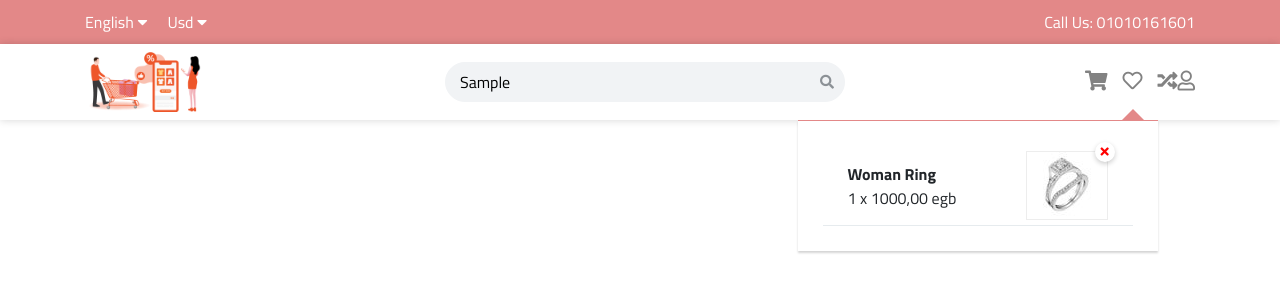
Repository: amrh20/ecommerce-temp
Page: src/index.html
An editor plug-in stored every save of this project. The page is shown before and after the next save, followed by the edit.
The browser window is 1280 px wide. The pictures show the whole page.
Empty fields were first filled with sample values (such as "Sample", 5 or name@example.com).
After loading, the first visible `div.wishlist-view` was clicked once.
The style sheet was rebuilt from its Sass, Less or Tailwind sources for each picture, by a compiler version that may differ from the author's.

Above is the page before, as saved 2020-01-19 11:56:15.

### src/index.html
<!DOCTYPE html>
<html lang="en" dir="ltr">

<head>
  <!-- Mobile specific metas===========================-->
  <meta charset="UTF-8">
  <meta name="viewport" content="width=device-width, initial-scale=1.0">
  <meta http-equiv="X-UA-Compatible" content="ie=edge">
  <!-- Basic page needs===========================-->
  <title>template</title>
  <!-- Favicon===========================-->
  <!-- <link rel="shortcut icon" type="image/x-icon" href="./images/fave-icon.png"> -->
  <!-- Css Base And Vendor ===========================-->
  <link rel="stylesheet" href="./vendors/bootstrap-4/css/bootstrap.min.css">
  <link rel="stylesheet" href="./vendors/fontawesome5.2/css/all.min.css">
  <link rel="stylesheet" href="./vendors/slickslider/slick.css">
  <!-- Site Style===========================-->
  <link rel="stylesheet" href="./styles/main.css">
  <!--[if lt IE 9]>
            <script src="https://oss.maxcdn.com/html5shiv/3.7.2/html5shiv.min.js"></script>
            <script src="https://oss.maxcdn.com/respond/1.4.2/respond.min.js"></script>
        <![endif]-->
</head>

<body>
  <div class="wrapper">
    <div class="body_overlay">
    <!-- start header -->
    <header>
      <div class="header">
        <!-- start top header -->
        <div class="top_header">
          <div class="container">
           <div class="top-header_content">
             <!-- dropdowns -->
            <div class="top_header-dropdowns">
              <!-- start language dropdown -->
              <div class="langauge-dropdown">
                <div class="top_header-dropdown-head">
                  <span>english</span>
                  <i class="fas fa-caret-down"></i>
                  <div class="top_header-dropdown-content">
                    <ul>
                      <li>english</li>
                      <li>french</li>
                    </ul>
                  </div>
                </div>

              </div><!-- end language dropdown -->

              <!-- start currency dropdown -->
              <div class="currency-dropdown">
                <div class="top_header-dropdown-head">
                  <span>usd</span>
                  <i class="fas fa-caret-down"></i>
                  <div class="top_header-dropdown-content">
                    <ul>
                      <li>egb</li>
                      <li>usd</li>
                    </ul>
                  </div>
                </div>

              </div><!-- end currency dropdown -->
            </div>
            <!-- contact -->
            <div class="top_header-contact">
              <p>Call Us: 01010161601</p>
            </div>

           </div>


          </div>
        </div><!-- end top header -->
        <!-- start middle haeder -->
        <div class="mid_header">
          <div class="container">
            <div class="mid_header-content">
              <!-- logo -->
              <div class="logo">
                <img src="./images/logo.png" alt="logo">
              </div>
              <!-- search -->
              <div class="search">
                <input type="text" placeholder="search">
                <i class="fas fa-search"></i>
              </div>
              <!-- icons -->
              <div class="icons">
                <div class="shopping-cart">
                  <div class="icon_head">
                    <i class="fas fa-shopping-cart"></i>
                  </div>

                  <div class="shopping-cart_content custom_content">
                    <div class="shopping-cart_details custom_details">
                      <div class="shopping-cart_row custom_row">
                        <div class="product_img">
                          <img src="./images/product-cart.png" alt="">
                        </div>
                        <div class="product_details">
                          <p class="product_name">Marvelous Modern 3 Seater</p>
                          <p class="product_price"> 599,00 <span>egb</span> </p>
                          <p>Qty: <span>1</span></p>
                        </div>
                        <div class="delete_product">
                          <i class="fa fa-times"></i>
                        </div>
                      </div>
                      <div class="shopping-cart_row custom_row">
                        <div class="product_img">
                          <img src="./images/product-cart.png" alt="">
                        </div>
                        <div class="product_details">
                          <p class="product_name">Marvelous Modern 3 Seater</p>
                          <p class="product_price"> 599,00 <span>egb</span> </p>
                          <p>Qty: <span>1</span></p>
                        </div>
                        <div class="delete_product">
                          <i class="fa fa-times"></i>
                        </div>
                      </div>
                        <div class="shopping-cart_row custom_row">
                        <div class="product_img">
                          <img src="./images/product-cart.png" alt="">
                        </div>
                        <div class="product_details">
                          <p class="product_name">Marvelous Modern 3 Seater</p>
                          <p class="product_price"> 599,00 <span>egb</span> </p>
                          <p>Qty: <span>1</span></p>
                        </div>
                        <div class="delete_product">
                          <i class="fa fa-times"></i>
                        </div>
                      </div>
                    </div>

                    <div class="custom-overlay">
                    </div>
                    <div class="total_price">
                      <span>sub total</span>
                      <span>800,00 egb</span>
                    </div>
                    <div class="cart_btns">
                      <button class="temp_button">view cart</button>
                      <button class="temp_button checkout_btn">checkout</button>
                    </div>
                  </div>

                </div>
                <div class="wishlist-view">
                  <div class="icon_head">
                    <i class="far fa-heart"></i>
                  </div>
                  <div class="wishlist-view_content custom_content">
                    <div class="wishlist-view_details custom_detaiLs">
                     <div class="wishlist-view_row custom_row">
                        <div class="product-details">
                          <p class="product_name">Woman Ring</p>
                          <p class="product_price"> <span>1</span> x 1000,00 egb</p>
                        </div>
                        <div class="product_img">
                          <img src="./images/wishlist_product.jpg" alt="wishlist_product">
                          <i class="fa fa-times"></i>
                        </div>
                     </div>
                    </div>
                    <div class="custom-overlay">
                    </div>
                  </div>

                </div>
                <div class="icon">
                  <i class="fa fa-random"></i>
                </div>
               <div class="icon">
                <i class="far fa-user"></i>
               </div>

              </div>
            </div>
          </div>
        </div>
        <!-- end middle haeder -->
      </div>
    </header><!-- end header -->
    </div>
  </div>

  </div>
  <!--Scripts Plugins========================-->
  <script src="./vendors/jquery/jquery-3.3.1.min.js"></script>
  <script src="./vendors/bootstrap-4/js/bootstrap.min.js"></script>
  <!-- Custom js ====================-->
  <script src="scripts/app.js"></script>
</body>

</html>

### src/scripts/app.js
$( document ).ready(function() {
    $(".shopping-cart").click(function(){
        $(".shopping-cart_content").toggleClass("showcontent");

    })
    $(".wishlist-view").click(function(){
        $(".wishlist-view_content").toggleClass("showcontent")
    })
});


// var allButtons = document.querySelectorAll('.icon_head');
// console.log("Found", allButtons.length, "div which class starts with “button”.");

// for (var i = 0; i < allButtons.length; i++) {
//   allButtons[i].addEventListener('click', function() {
//     $(".shopping-cart_content").toggleClass("showcontent")
//   });
// }

### src/styles/main.scss
/* imports sass files
========================*/
@import "../styles/variables.scss";
@import "../styles/buttons.scss";
@import "../styles/forms.scss";
@import "../styles/header.scss";
@import "../styles/base.scss";
@import "../styles/general.scss";

### src/styles/variables.scss
/* our sass varaibles
========================*/
$main-color :#e38888;
$second-color :#222222;
$icons-color :#828282;
$white: #fff;
$black : #000;
$top-header-hover :#e5e5e5;

### src/styles/buttons.scss
@import "../styles/variables.scss";

/* Buttons
==================================*/

### src/styles/forms.scss
@import "../styles/variables.scss";

/* forms
==============================*/
.form-control {
  height: 5rem;
  border: 2px solid transparent;
  border-radius: 1rem;
  box-shadow: 0 4px 10px -2px rgba(126, 173, 225, .5);
  font-size: 1.6rem;
  transition: all .3s ease-in-out;
  padding-left: 15px;

  &:focus {
    outline: none;
    box-shadow: 0 4px 10px -2px rgba(126, 173, 225, .5);
  }

  &::-webkit-input-placeholder {
    color: #7e7e7e;
    text-transform: capitalize;
    font-size: 1.4rem;
  }

  &.remove-default::-webkit-inner-spin-button,
  &.remove-default::-webkit-outer-spin-button,
  &.remove-default,
  &[type=date]::-webkit-inner-spin-button,
  &[type=date]::-webkit-outer-spin-button {
    -webkit-appearance: none;
    -moz-appearance: none;
    margin: 0;
  }

  &.remove-default::-webkit-inner-spin-button,
  &.remove-default::-webkit-outer-spin-button,
  &.remove-default,
  &[type=date] {
    -moz-appearance: textfield;
  }

}

textarea {
  height: auto;
  resize: none;
  width: 100%;
  border: 2px solid transparent;
  border-radius: 1rem;
  box-shadow: 0 4px 10px -2px rgba(126, 173, 225, .5);
  font-size: 1.6rem;
  transition: all .3s ease-in-out;
  padding: 15px;

  &:focus {
    outline: none;
    box-shadow: 0 4px 10px -2px rgba(126, 173, 225, .5);
  }
}

/*check-radio-item*/
.zvendo-check-item {
  margin-bottom: 1.5rem;
  text-align: start;

  &:last-of-type label {
    margin-left: 0;
  }

  input[type="radio"],
  input[type="checkbox"] {
    display: none;
  }

  input[type="radio"]+label,
  input[type="checkbox"]+label {
    position: relative;
    display: block;
    margin-bottom: 0;
    font-size: 1.42rem;
    text-transform: capitalize;
    color: #333232;
    cursor: pointer;
    padding-inline-start: 4rem;
  }

  input[type="radio"]+label::before,
  input[type="checkbox"]+label::before {
    position: absolute;
    content: "";
    font-family: 'Font Awesome 5 Free';
    font-weight: 900;
    display: flex;
    align-items: center;
    justify-content: center;
    font-size: 2rem;
    width: 3rem;
    height: 3rem;
    top: .5rem;
    left: 0;
    background-color: transparent;
    border: 2px solid $main-color;
    border-radius: .9rem;

    [dir="rtl"] & {
      left: auto;
      right: 0;
    }
  }

  input[type="radio"]:checked+label,
  input[type="checkbox"]:checked+label {
    color: $main-color;
  }

  input[type="radio"]:checked+label::before,
  input[type="checkbox"]:checked+label::before {
    font-family: "Font Awesome 5 Free";
    content: "\f00c";
    background-color: transparent;
    color: $main-color;
  }
}

### src/styles/header.scss
@import "../styles/variables.scss";

.header {
  // start top header
  .top_header {
    background-color: $main-color;
    color: $white;
    padding: 10px 0;
    .top-header_content {
      display: flex;
      justify-content: space-between;
      .top_header-dropdowns {
        display: flex;
        .langauge-dropdown,
        .currency-dropdown {
          position: relative;
          .top_header-dropdown-head {
            cursor: pointer;
            width: fit-content;
            text-transform: capitalize;
            .top_header-dropdown-content {
              background-color: $white;
              position: absolute;
              top: 52px;
              box-shadow: 0 0 8px 0 rgba(0, 0, 0, 0.17);
              color: $black;
              min-width: 80px;
              text-transform: capitalize;
              opacity: 0;
              visibility: hidden;
              transition: all 0.3s ease-in-out;
              ul {
                li {
                  padding: 10px;
                  cursor: pointer;
                  &:first-of-type {
                    padding-bottom: 0;
                  }
                  &:hover {
                    color: $main-color;
                  }
                }
              }
            }
            &:hover {
              .top_header-dropdown-content {
                opacity: 1;
                visibility: visible;
                top: 32px;
              }
            }
          }
        }
        .langauge-dropdown {
          margin-right: 20px;
        }
      }
    }
  }
  // start middle header
  .mid_header {
    box-shadow: 0 0 8px 0 rgba(0, 0, 0, 0.17);
    padding: 8px 0;
    .mid_header-content {
      display: flex;
      align-items: center;
      justify-content: space-between;
      .logo {
        img {
          max-height: 60px;
        }
      }
      // search
      .search {
        position: relative;
        input {
          border: 1px solid #f1f3f5;
          border-radius: 20px;
          background: #f1f3f5;
          min-width: 400px;
          padding: 7px 14px;
        }
        i {
          position: absolute;
          right: 11px;
          font-size: 14px;
          top: 50%;
          transform: translateY(-50%);
          color: #8c9196;
        }
      }
      // icons
      .icons {
        display: flex;

        i {
          font-size: 20px;
          color: $icons-color;
          cursor: pointer;
        }
        // shopping cart view
        .shopping-cart {
          position: relative;
          margin-right: 15px;
          .shopping-cart_row {
            .product_img {
              img {
                max-height: 100px;
              }
            }
            .product_details {
              margin: 0 15px;
              .product_name {
                font-weight: 700;
                overflow: hidden;
                text-overflow: ellipsis;
                white-space: nowrap;
                max-width: 170px;
              }
              .product_price {
                text-transform: uppercase;
                color: $main-color;
              }
            }
            .delete_product {
              i {
                color: red;
                font-size: 14px;
              }
            }
          }

          .total_price {
            display: flex;
            justify-content: space-between;
            padding: 15px 25px;
            text-transform: capitalize;
            border-top: 1px solid #eee;
            border-bottom: 1px solid #eee;
            span {
              &:first-of-type {
                color: #757575;
              }
              &:nth-of-type(2) {
                color: #010101;
                font-weight: 600;
              }
            }
          }
          .cart_btns {
            display: flex;
            justify-content: space-between;
            padding: 15px 25px;
            .checkout_btn {
                background-color: $main-color;
                color: $white;
                &:hover {
                    color: $main-color;
                    background-color: $white;
                }
            }
          }
        }

        // wishlist veiw
        .wishlist-view {
          margin-right: 15px;
          position: relative;
          .wishlist-view_content {
          padding: 25px;
          border-top: 1px solid $main-color;
          }
          .wishlist-view_row {
            justify-content: space-between;
            border-bottom: 1px solid #e6ebee;
            .product_name {
              font-weight: 800;
            }
            .product_img {
              border: 1px solid #ededed;
              position: relative;
              i {
                position: absolute;
                right: -8px;
                top: -10px;
                font-size: 12px;
                box-shadow: 0 2px 5px rgba(0,0,0,0.2);
                width: 2rem;
                height: 2rem;
                border-radius: 50%;
                background-color: #fff;
                display: flex;
                left: c;
                color: red;
                justify-content: center;
                align-items: center;
              }
            }
          }

        }
      }
    }
  }
  // custom views
  .custom-overlay {
    border-color: #e38888 transparent;
    border-style: solid;
    border-width: 0 12px 12px;
    height: 0;
    width: 0;
    top: -12px;
    right: 13px;
    position: absolute;
  }
  .custom_content {
    transition: all 0.3s ease-in-out;
    position: absolute;
    min-width: 360px;
    top: 20px;
    right: -15px;
    transition: all 0.3s ease;
    opacity: 0;
    visibility: hidden;
    box-shadow: 0 2px 2px rgba(0, 0, 0, 0.17);
    background-color: $white;
    .custom_details {
        border-top: 1px solid $main-color;
        max-height: 350px;
        overflow: auto;
    }
    &.showcontent {
      opacity: 1;
      visibility: visible;
      top: 50px;
    }
  }
  .custom_row {
    padding: 5px 25px;
    display: flex;
    align-items: center;
  }
}

### src/styles/base.scss
@import "../styles/variables.scss";

/* General elements
======================*/
*,p {
  margin: 0;
  padding: 0;
}
*,
*:focus {
  outline: none !important;
}

.highlightClass {
  color: $main-color;
}
/*import fonts
========================*/
@import url('https://fonts.googleapis.com/css?family=Ubuntu:400,700');

@font-face {
  font-family: Cairo;
  font-style: normal;
  src: local('Cairo Regular'), local('Cairo-Regular'), url("../fonts/Cairo/Cairo-Regular.ttf");
  font-display: swap;
  font-weight: 400;
}
@font-face {
  font-family: Cairo;
  font-style: normal;
  src: local('Cairo Cairo-SemiBold'), local('Cairo-Cairo-SemiBold'), url("../fonts/Cairo/Cairo-SemiBold.ttf");
  font-display: swap;
  font-weight: 600;
}
@font-face {
  font-family: Cairo;
  font-style: normal;
  src: local('Cairo Bold'), local('Cairo-Bold'), url("../fonts/Cairo/Cairo-Bold.ttf");
  font-display: swap;
  font-weight: 700;
}
/*body-layout
========================*/
html {
  font-size: 62.5%;
  overflow-x: hidden;
}
body {
  font-family: 'Cairo',  sans-serif;
  font-size: 1.6rem;

  [dir=rtl] & {
    direction: rtl;
    text-align: right;
  }
}

.wrapper {
  position: relative;
  width: 100%;
}
/* Links
==================*/
a {
  color: inherit;
  &:hover,
  &:focus {
    text-decoration: none;
    transition: all .3s ease-in-out;
    color: inherit;
  }
}
/* Images
============================*/
img {
  // display: block;
  max-width: 100%;
  height: auto;
}

// list items
ul {
  list-style: none;
  margin: 0;
}

/* inputs
============================*/

### src/styles/general.scss
@import "../styles/variables.scss";


// buttons
.temp_button {
    color: $black;
    padding: 5px 22px;
    border-radius: 18px;
    vertical-align: top;
    display: inline-block;
    background: transparent;
    border: 1px solid $main-color;
    text-transform: uppercase;
    cursor: pointer;
    transition: all .3s ease-in-out;
    &:hover {
        background-color: $main-color;
        color: $white;
    }
}

Loaded but not shown: src/vendors/bootstrap-4/css/bootstrap.min.css (library); src/vendors/fontawesome5.2/css/all.min.css (library); src/vendors/slickslider/slick.css (common file); src/vendors/jquery/jquery-3.3.1.min.js (library); src/vendors/bootstrap-4/js/bootstrap.min.js (library)

After the next save:
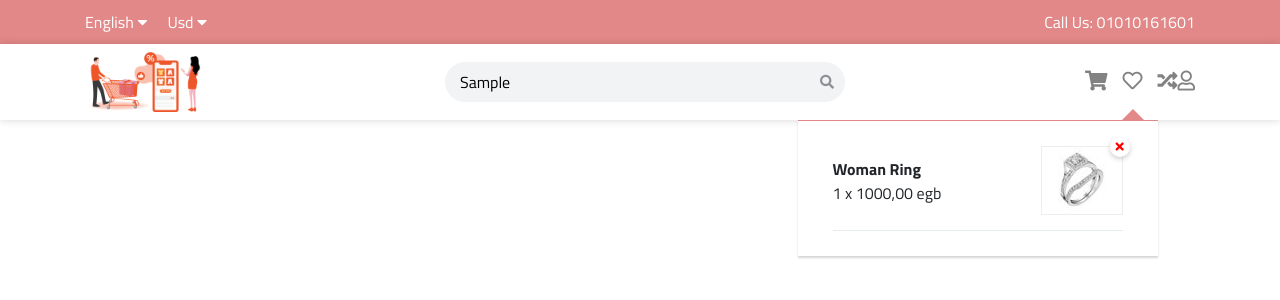
Saved 2 min 57 s later.
--- a/src/styles/header.scss
+++ b/src/styles/header.scss
@@ -167,12 +167,13 @@
           margin-right: 15px;
           position: relative;
           .wishlist-view_content {
-          padding: 25px;
+          padding: 25px 35px;
           border-top: 1px solid $main-color;
           }
           .wishlist-view_row {
             justify-content: space-between;
             border-bottom: 1px solid #e6ebee;
+            padding: 0 0 15px 0;
             .product_name {
               font-weight: 800;
             }
